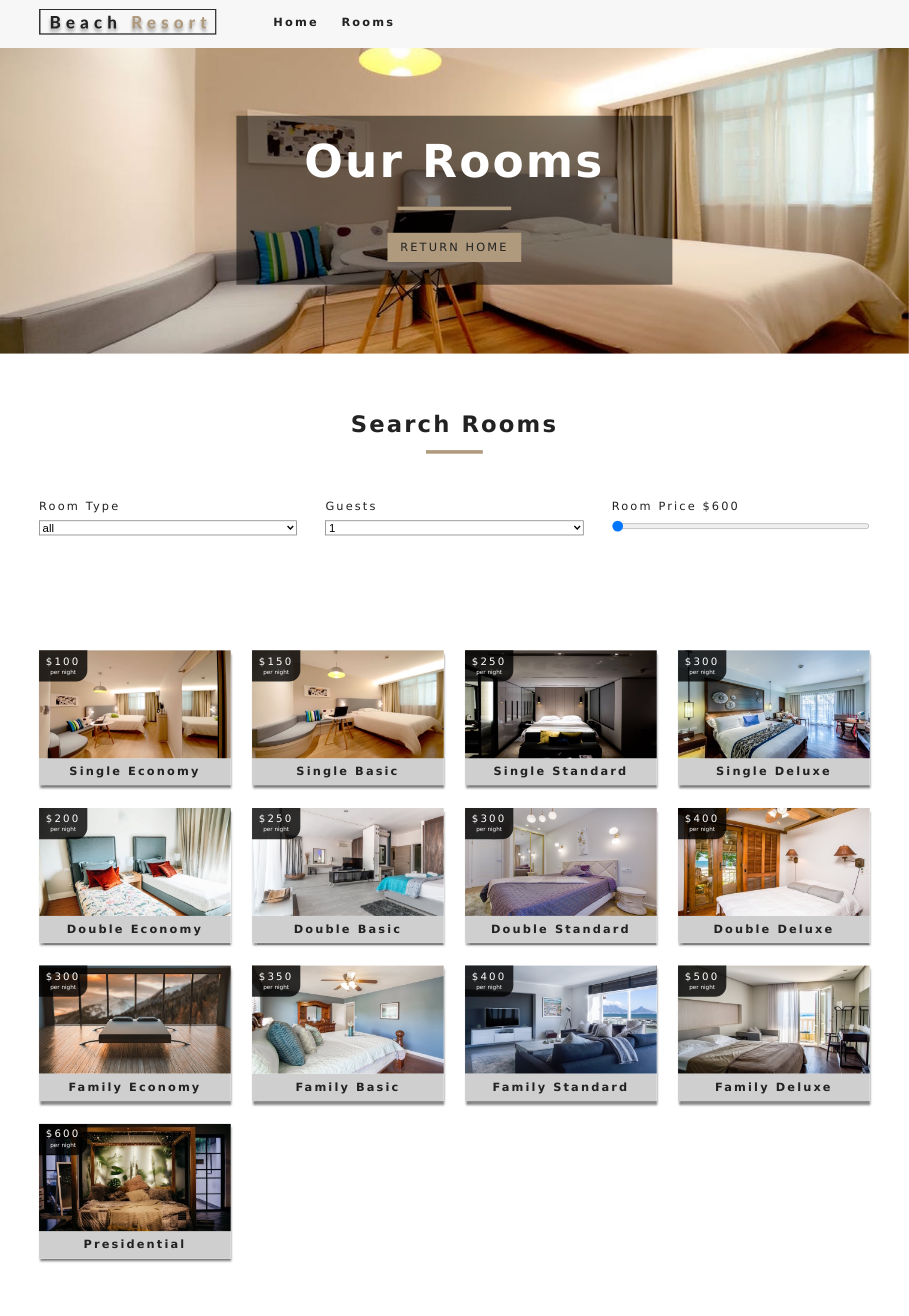
Repository: thanhn379/react-beach-resort
Page: /rooms
An editor plug-in stored every save of this project. The page is shown before and after the next save, followed by the edit.
The browser window is 1280 px wide. The pictures show the whole page, at 71% of full size.
The project was rebuilt for these pictures with package versions that can differ from the ones it lists, and the page was loaded fresh each time. Also part of the build but not shown: src/components/Services.js, src/components/FeaturedRooms.js, src/pages/Home.js, src/components/StyledHero.js, src/pages/SingleRoom.js, src/pages/Error.js.

Above is the page before, as saved 2019-11-19 13:58:50.

### public/index.html
<!DOCTYPE html>
<html lang="en">
  <head>
    <meta charset="utf-8" />
    <link rel="icon" href="%PUBLIC_URL%/favicon.ico" />
    <meta name="viewport" content="width=device-width, initial-scale=1" />
    <meta name="theme-color" content="#000000" />
    <meta
      name="description"
      content="Web site created using create-react-app"
    />
    <link rel="apple-touch-icon" href="logo192.png" />
    <!--
      manifest.json provides metadata used when your web app is installed on a
      user's mobile device or desktop. See https://developers.google.com/web/fundamentals/web-app-manifest/
    -->
    <link rel="manifest" href="%PUBLIC_URL%/manifest.json" />
    <!--
      Notice the use of %PUBLIC_URL% in the tags above.
      It will be replaced with the URL of the `public` folder during the build.
      Only files inside the `public` folder can be referenced from the HTML.

      Unlike "/favicon.ico" or "favicon.ico", "%PUBLIC_URL%/favicon.ico" will
      work correctly both with client-side routing and a non-root public URL.
      Learn how to configure a non-root public URL by running `npm run build`.
    -->
    <title>Resort recording</title>
  </head>
  <body>
    <noscript>You need to enable JavaScript to run this app.</noscript>
    <div id="root"></div>
    <!--
      This HTML file is a template.
      If you open it directly in the browser, you will see an empty page.

      You can add webfonts, meta tags, or analytics to this file.
      The build step will place the bundled scripts into the <body> tag.

      To begin the development, run `npm start` or `yarn start`.
      To create a production bundle, use `npm run build` or `yarn build`.
    -->
  </body>
</html>

### src/index.js
import React from "react";
import ReactDOM from "react-dom";
import { BrowserRouter as Router } from "react-router-dom";
// import './index.css';
import App from "./App";
import * as serviceWorker from "./serviceWorker";
import { RoomProvider } from "./context";

ReactDOM.render(
  <RoomProvider>
    <Router>
      <App />
    </Router>
  </RoomProvider>,
  document.getElementById("root")
);

// If you want your app to work offline and load faster, you can change
// unregister() to register() below. Note this comes with some pitfalls.
// Learn more about service workers: https://bit.ly/CRA-PWA
serviceWorker.unregister();

### src/App.js
import React from "react";
import "./App.css";

import NavBar from "./components/NavBar";

import Home from "./pages/Home";
import Rooms from "./pages/Rooms";
import SingleRoom from "./pages/SingleRoom";
import Error from "./pages/Error";

import { Route, Switch } from "react-router-dom";

function App() {
  return (
    <>
      <NavBar />
      <Switch>
        <Route exact path="/" component={Home} />
        <Route exact path="/rooms/" component={Rooms} />
        <Route exact path="/rooms/:slug/" component={SingleRoom} />
        <Route component={Error} />
      </Switch>
    </>
  );
}

export default App;

### src/context.js
import React, { Component } from "react";
import items from "./data";

const RoomContext = React.createContext();

class RoomProvider extends Component {
  state = {
    rooms: [],
    sortedRooms: [],
    featuredRooms: [],
    loading: true,
    type: "all",
    capacity: 1,
    price: 0,
    minPrice: 0,
    maxPrice: 0,
    minSize: 0,
    maxSize: 0,
    breakfast: false,
    pets: false
  };

  //getData

  componentDidMount() {
    // this.getData
    let rooms = this.formatData(items);
    let featuredRooms = rooms.filter(room => room.featured === true);

    let maxPrice = Math.max(...rooms.map(item => item.price));
    let maxSize = Math.max(...rooms.map(item => item.size));

    this.setState({
      rooms,
      featuredRooms,
      sortedRooms: rooms,
      loading: false,
      price: maxPrice,
      maxPrice,
      maxSize
    });
  }

  formatData(items) {
    let tempItems = items.map(item => {
      let id = item.sys.id;
      let images = item.fields.images.map(image => image.fields.file.url);

      let room = { ...item.fields, images, id };

      return room;
    });

    return tempItems;
  }

  getRoom = slug => {
    let tempRooms = [...this.state.rooms];
    const room = tempRooms.find(room => room.slug === slug);
    return room;
  };

  handleChange = event => {
    let target = event.target;
    let value = target.type === "checkbox" ? target.checked : target.value;
    let name = target.name;

    this.setState({ [name]: value }, this.filterRooms);
  };

  filterRooms = () => {
    let {
      rooms,
      type,
      capacity,
      price,
      minSize,
      maxSize,
      breakfast,
      pets
    } = this.state;

    let tempRooms = [...rooms];

    capacity = parseInt(capacity);

    // filter by types
    if (type !== "all") {
      tempRooms = tempRooms.filter(room => room.type === type);
    }

    // filter by capacity
    if (capacity !== 1) {
      tempRooms = tempRooms.filter(room => room.capacity >= capacity);
    }

    this.setState({ sortedRooms: tempRooms });
  };

  render() {
    return (
      <RoomContext.Provider
        value={{
          ...this.state,
          getRoom: this.getRoom,
          handleChange: this.handleChange
        }}
      >
        {this.props.children}
      </RoomContext.Provider>
    );
  }
}

const RoomConsumer = RoomContext.Consumer;

export function withRoomConsumer(Component) {
  return function consumerWrapper(props) {
    return (
      <RoomConsumer>
        {value => <Component {...props} context={value} />}
      </RoomConsumer>
    );
  };
}

export { RoomProvider, RoomConsumer, RoomContext };

### src/components/NavBar.js
import React, { Component } from "react";
import Logo from "../images/logo.svg";
import { FaAlignRight } from "react-icons/fa";
import { Link } from "react-router-dom";

export default class NavBar extends Component {
  state = {
    isOpen: false
  };
  handleToggle = () => {
    this.setState({ isOpen: !this.state.isOpen });
  };
  render() {
    return (
      <nav className="navbar">
        <div className="nav-center">
          <div className="nav-header">
            <Link to="/">
              <img src={Logo} alt="Beach Resort" />
            </Link>
            <button
              type="button"
              className="nav-btn"
              onClick={this.handleToggle}
            >
              <FaAlignRight className="nav-icon" />
            </button>
          </div>
          <ul
            className={this.state.isOpen ? "nav-links show-nav" : "nav-links"}
          >
            <li>
              <Link to="/">Home</Link>
            </li>
            <li>
              <Link to="/rooms">Rooms</Link>
            </li>
          </ul>
        </div>
      </nav>
    );
  }
}

### src/pages/Rooms.js
import React from "react";
import Hero from "../components/Hero";
import Banner from "../components/Banner";
import { Link } from "react-router-dom";
import RoomContainer from "../components/RoomContainer";

const Rooms = () => {
  return (
    <>
      <Hero hero="roomsHero">
        <Banner title="our rooms">
          <Link to="/" className="btn-primary">
            return home
          </Link>
        </Banner>
      </Hero>

      <RoomContainer />
    </>
  );
};

export default Rooms;

### src/components/RoomContainer.js
import React from "react";
import RoomFilter from "./RoomFilter";
import RoomList from "./RoomList";
import { withRoomConsumer } from "../context";
import Loading from "./Loading";

function RoomContainer({ context }) {
  const { loading, sortedRooms, rooms } = context;
  if (loading) {
    return <Loading />;
  }

  return (
    <>
      <RoomFilter rooms={rooms} />
      <RoomList rooms={sortedRooms} />
    </>
  );
}

export default withRoomConsumer(RoomContainer);

// import React from "react";
// import RoomFilter from "./RoomFilter";
// import RoomList from "./RoomList";
// import { RoomConsumer } from "../context";
// import Loading from "./Loading";

// export default function RoomContainer() {
//   return (
//     <RoomConsumer>
//       {value => {
//         const { loading, sortedRooms, rooms } = value;
//         if (loading) {
//           return <Loading />;
//         }

//         return (
//           <div>
//             hello from rooms container
//             <RoomFilter rooms={rooms} />
//             <RoomList rooms={sortedRooms} />
//           </div>
//         );
//       }}
//     </RoomConsumer>
//   );
// }

### src/components/Loading.js
import React from "react";
import loadingGif from "../images/gif/loading-arrow.gif";

export default function Loading() {
  return (
    <div className="loading">
      <h4>rooms data loading ...</h4>
      <img src={loadingGif} alt="" />
    </div>
  );
}

### src/components/Room.js
import React from "react";
import { Link } from "react-router-dom";
import defaultImg from "../images/room-1.jpeg";
import PropTypes from "prop-types";

export default function Room({ room }) {
  let { name, slug, images, price } = room;

  return (
    <article className="room">
      <div className="img-container">
        <img src={images[0] || defaultImg} alt="single room" />
        <div className="price-top">
          <h6>${price}</h6>
          <p>per night</p>
        </div>
        <Link to={`/rooms/${slug}`} className="btn-primary room-link">
          Features
        </Link>
      </div>
      <p className="room-info">{name}</p>
    </article>
  );
}

Room.propTypes = {
  room: PropTypes.shape({
    name: PropTypes.string.isRequired,
    slug: PropTypes.string.isRequired,
    images: PropTypes.arrayOf(PropTypes.string).isRequired,
    price: PropTypes.number.isRequired
  })
};

### src/components/RoomFilter.js
import React from "react";
import { useContext } from "react";
import { RoomContext } from "../context";
import Title from "../components/Title";

const getUnique = (items, value) => {
  return [...new Set(items.map(item => item[value]))];
};

export default function RoomsFilter({ rooms }) {
  const context = useContext(RoomContext);
  const {
    handleChange,
    type,
    capacity,
    price,
    maxPrice,
    size,
    maxSize,
    breakfast,
    pets
  } = context;

  // get unique types
  let types = getUnique(rooms, "type");
  // add all
  types = ["all", ...types];
  // map to jsx
  types = types.map((item, index) => (
    <option key={index} value={item}>
      {item}
    </option>
  ));

  let people = getUnique(rooms, "capacity");
  people = people.map((item, index) => (
    <option key={index} value={item}>
      {item}
    </option>
  ));

  return (
    <section className="filter-container">
      <Title title="search rooms" />
      <form className="filter-form">
        {/* select type */}
        <div className="form-group">
          <label htmlFor="type">room type</label>
          <select
            name="type"
            id="type"
            onChange={handleChange}
            className="form-control"
            value={type}
          >
            {types}
          </select>
        </div>
        {/* end of select type */}
        {/* guests */}
        <div className="form-group">
          <label htmlFor="capacity">guests</label>
          <select
            name="capacity"
            id="capacity"
            onChange={handleChange}
            className="form-control"
            value={capacity}
          >
            {people}
          </select>
        </div>
        {/* end of guests */}
        {/* room price */}
        <div className="form-group">
          <label htmlFor="price">room price ${price}</label>
          <input
            type="range"
            name="price"
            id="price"
            min={price}
            max={maxPrice}
            value={price}
            onChange={handleChange}
            className="form-control"
          />
        </div>
        {/* end room price */}
      </form>
    </section>
  );
}

### src/components/RoomList.js
import React from "react";
import Room from "./Room";

export default function RoomsList({ rooms }) {
  if (rooms.length === 0) {
    return (
      <div className="empty-search">
        <h3>unfortunately no rooms matched search parameters</h3>
      </div>
    );
  }
  return (
    <section className="roomslist">
      <div className="roomslist-center">
        {rooms.map(item => {
          return <Room key={item.id} room={item} />;
        })}
      </div>
    </section>
  );
}

Loaded but not shown: src/serviceWorker.js (common file); src/App.css (common file); src/components/Hero.js (common file); src/components/Banner.js (common file); src/components/Title.js (common file); src/data.js (760 lines, source omitted)

After the next save:
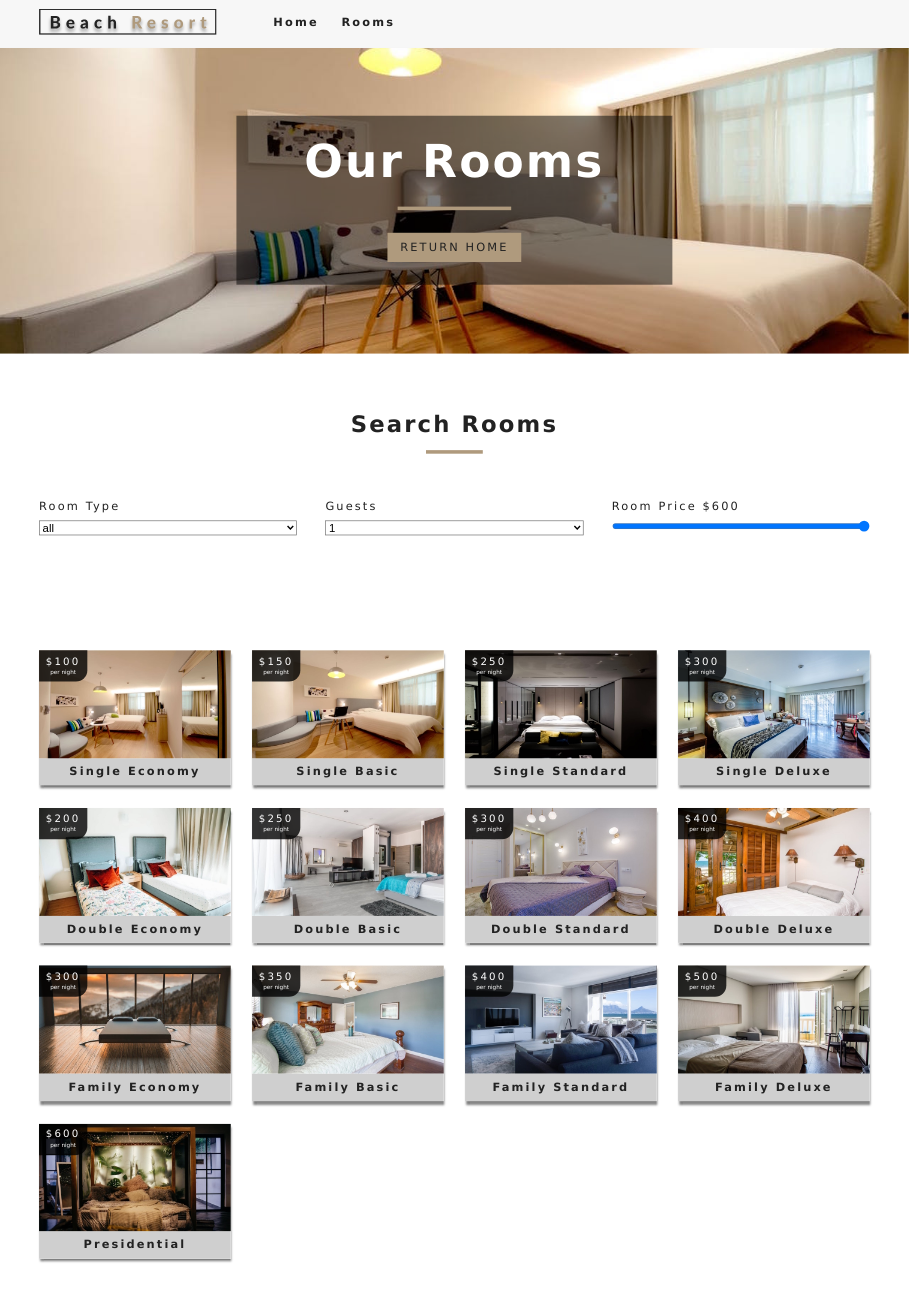
Saved 24 min 56 s later.
--- a/src/components/RoomFilter.js
+++ b/src/components/RoomFilter.js
@@ -14,6 +14,7 @@ export default function RoomsFilter({ rooms }) {
     type,
     capacity,
     price,
+    minPrice,
     maxPrice,
     size,
     maxSize,
@@ -78,7 +79,7 @@ export default function RoomsFilter({ rooms }) {
             type="range"
             name="price"
             id="price"
-            min={price}
+            min={minPrice}
             max={maxPrice}
             value={price}
             onChange={handleChange}
